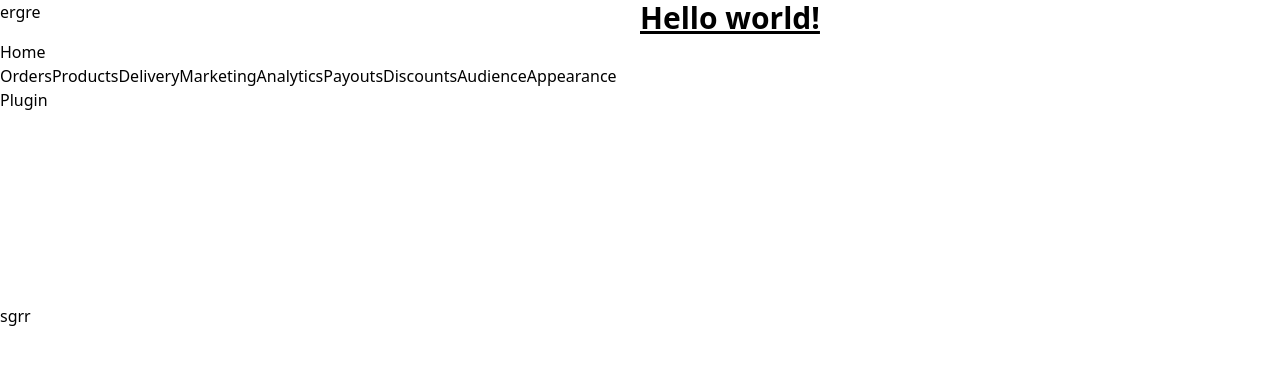
Repository: Yh010/dukaanDashboard
Page: /
The author's editor kept a copy of each file at every save. The page is drawn from the files as they stood at one save, then again after the next save.
The browser window is 1280 px wide. The pictures show the whole page.
The project was rebuilt for these pictures with package versions that can differ from the ones it lists, and the page was loaded fresh each time. Also part of the build but not shown: vite.config.js, src/App.css.

Above is the page before, as saved 2024-01-21 11:31:24.

After the next save:
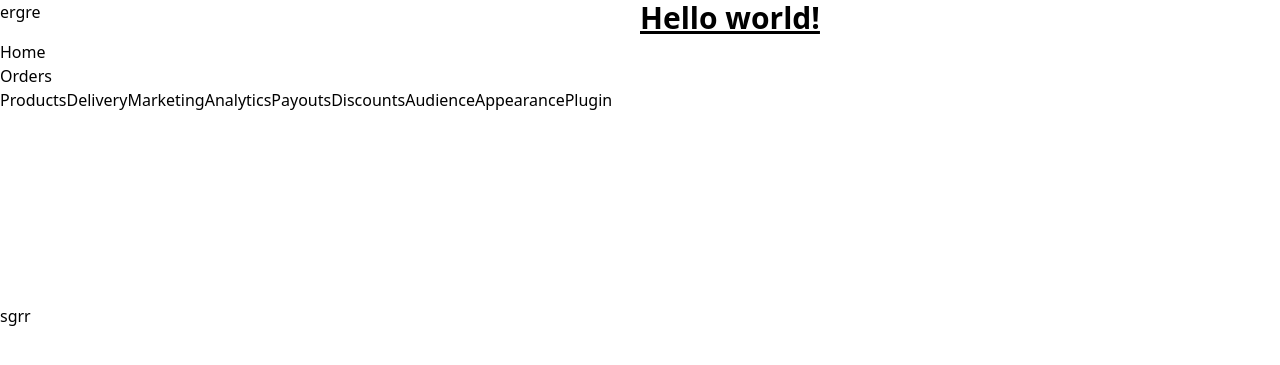
Saved 15 s later.
--- a/src/components/sidenavbar.jsx
+++ b/src/components/sidenavbar.jsx
@@ -11,8 +11,10 @@ function SideNavBar() {
                     <div id="items">
                         <ul>
                             <li><button>Home</button></li>
+                            <li>
+                                <button>Orders</button>
+                            </li>
 
-                            <button>Orders</button>
                             <button>Products</button>
                             <button>Delivery</button>
                             <button>Marketing</button>
